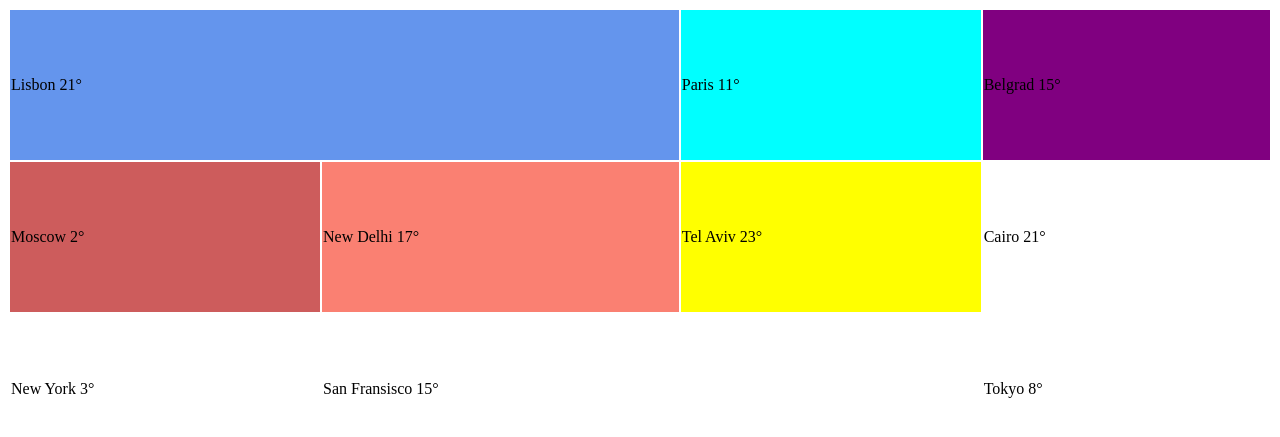
Repository: aysedo/html
Page: Week_2/index.html
An editor plug-in stored every save of this project. The page is shown before and after the next save, followed by the edit.
The browser window is 1280 px wide. The pictures show the whole page.

Above is the page before, as saved 2021-08-24 14:40:51.

### Week_2/index.html
<!DOCTYPE html>
<html lang="en">
  <head>
    <meta charset="UTF-8" />
    <meta http-equiv="X-UA-Compatible" content="IE=edge" />
    <meta name="viewport" content="width=device-width, initial-scale=1.0" />
    <title>Document</title>
  </head>
  <body>
    <table width="100%">
      <tr height="150">
        <td colspan="2" bgcolor="cornflowerblue"> Lisbon 21° </td>
        <td bgcolor="Aqua"> Paris 11° </td>
        <td bgcolor="Purple">Belgrad 15°</td>
      </tr>
      <tr height="150">
        <td bgcolor="Indianred"> Moscow 2° </td>
        <td bgcolor="Salmon"> New Delhi 17° </td>
        <td bgcolor="Yellow"> Tel Aviv 23°</td>
        <td> Cairo 21° </td>
      </tr>
      <tr height="150">
        <td> New York 3°</td>
        <td colspan="2"> San Fransisco 15° </td>
        <td> Tokyo 8° </td>
      </tr>
    </table>
  </body>
</html>

After the next save:
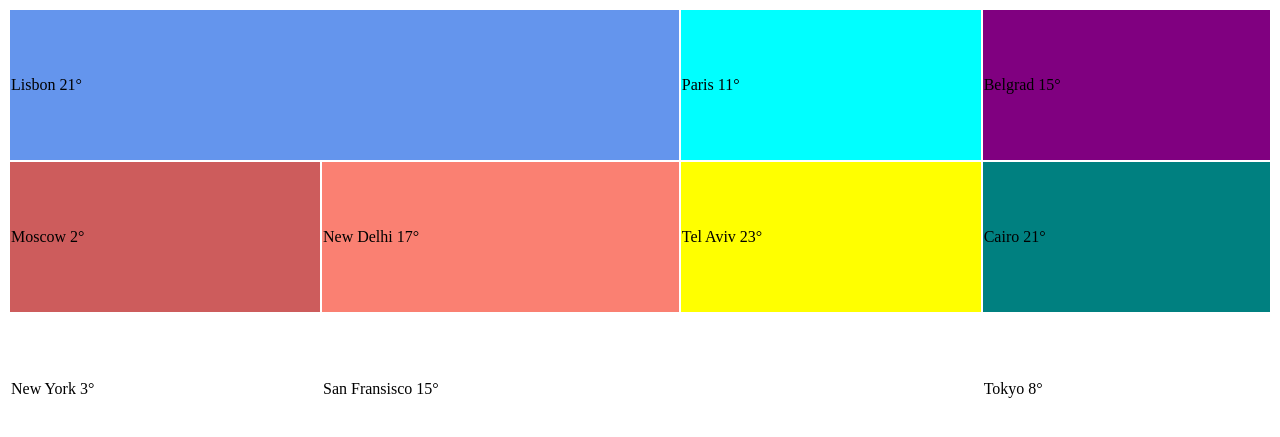
Saved 51 s later.
--- a/Week_2/index.html
+++ b/Week_2/index.html
@@ -17,7 +17,7 @@
         <td bgcolor="Indianred"> Moscow 2° </td>
         <td bgcolor="Salmon"> New Delhi 17° </td>
         <td bgcolor="Yellow"> Tel Aviv 23°</td>
-        <td> Cairo 21° </td>
+        <td bgcolor="Teal"> Cairo 21° </td>
       </tr>
       <tr height="150">
         <td> New York 3°</td>
